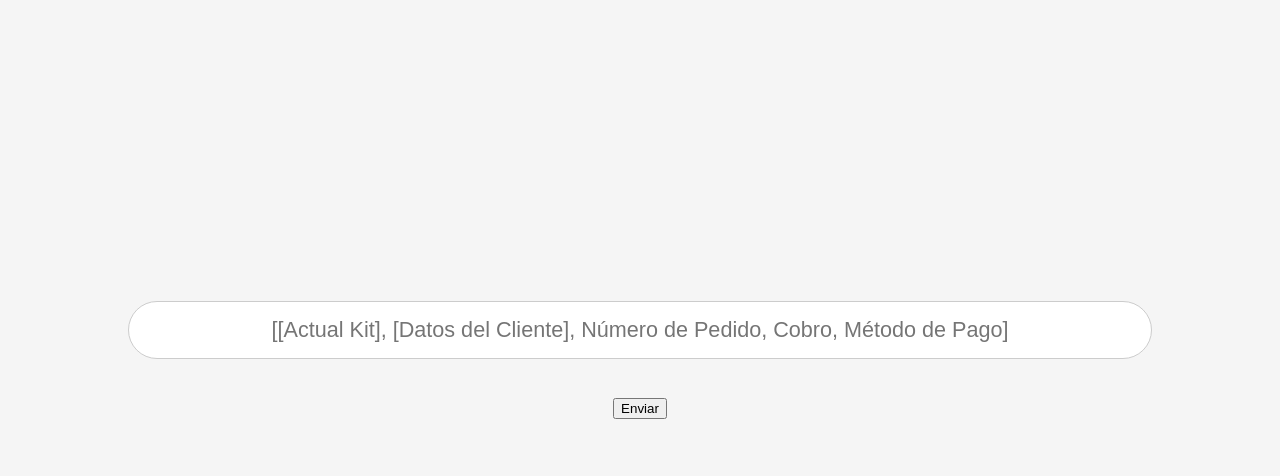
Repository: aCoupon0/intranet
Page: 1/venta-1.html
The author's editor kept a copy of each file at every save. The page is drawn from the files as they stood at one save, then again after the next save.
The browser window is 1280 px wide. The pictures show the whole page.

Above is the page before, as saved 2024-11-29 12:09:01.

### 1/venta-1.html
<!DOCTYPE html>
<html lang="es">

<head>
    <meta charset="UTF-8">
    <meta name="viewport" content="width=device-width, initial-scale=1.0">
    <title>Intranet DermaBox</title>
    <link rel="stylesheet" href="../css/venta.css">
</head>

<body>
    <input type="text" placeholder="[[Actual Kit], [Datos del Cliente], Número de Pedido, Cobro, Método de Pago]"
        class="input-texto" required>

        <button class="boton-enviar">Enviar</button>
</body>

</html>

### css/venta.css
body {
    font-family: 'Roboto', system-ui, -apple-system, BlinkMacSystemFont, 'Segoe UI', sans-serif;
    margin: 0;
    padding: 0;
    display: flex;
    justify-content: center;
    align-items: center;
    height: 100vh;
    flex-direction: column;
    background-color: #f5f5f5;
    color: #333;
    gap: 1.5vw;
}

input {
    width: 80vw; /* Ocupa el 80% del ancho del contenedor */
    height: 8vh; /* Altura dinámica según el viewport */
    padding: 10px;
    font-size: 3vh;
    border: 1px solid #ccc;
    border-radius: 5vw;
    margin-bottom: 20px; /* Separación del botón */
    box-sizing: border-box;
    text-align: center;
}

After the next save:
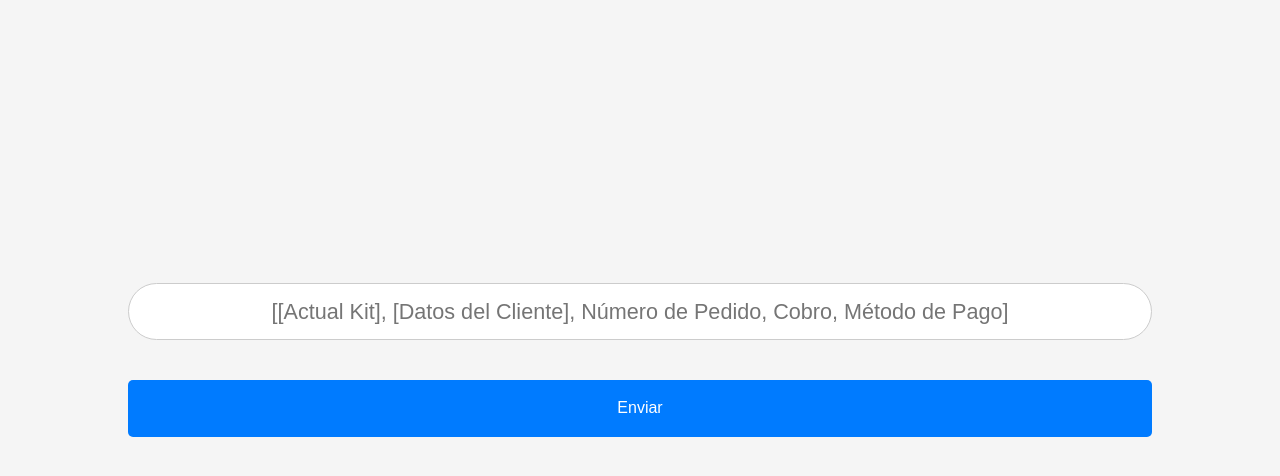
Saved 9 s later.
--- a/css/venta.css
+++ b/css/venta.css
@@ -23,3 +23,21 @@
     box-sizing: border-box;
     text-align: center;
 }
+
+.boton-enviar {
+    width: 80%; /* Mismo ancho que el input */
+    padding: 10px;
+    height: 8vh; /* Misma altura que el input */
+    font-size: 1rem;
+    background-color: #007BFF;
+    color: white;
+    border: none;
+    border-radius: 5px;
+    cursor: pointer;
+    transition: background-color 0.3s;
+    text-align: center;
+}
+
+.boton-enviar:hover {
+    background-color: #0056b3;
+}
